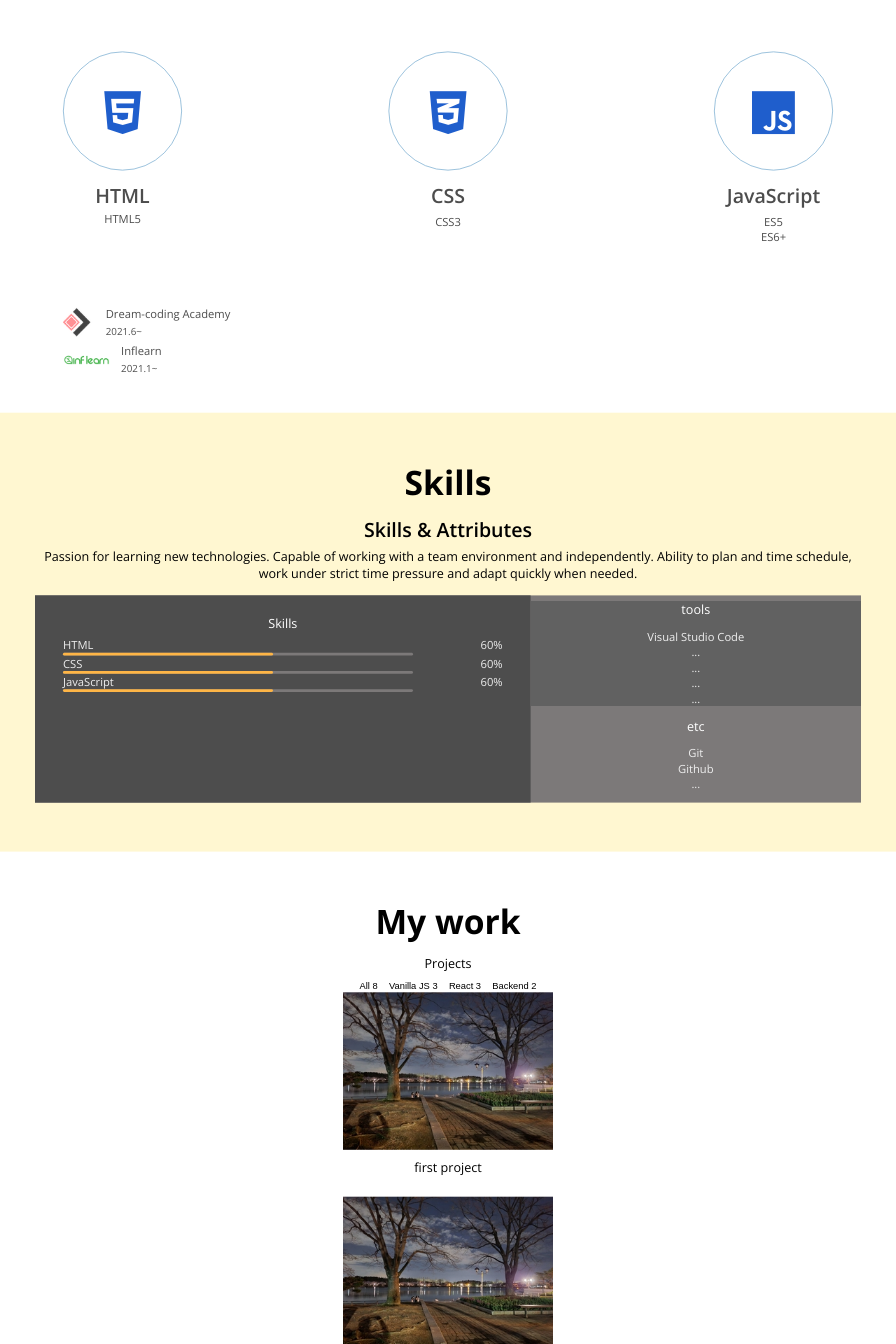
Repository: delphkim/portfolio
Page: index.html
An editor plug-in stored every save of this project. The page is shown before and after the next save, followed by the edit.
The browser window is 1280 px wide. The pictures show the part of the page from y = 961 to 2881 px (the page is 5959 px tall), at 70% of full size.
Some web libraries are served in a nearby version.

Above is the page before, as saved 2021-08-04 13:49:34.

After the next save:
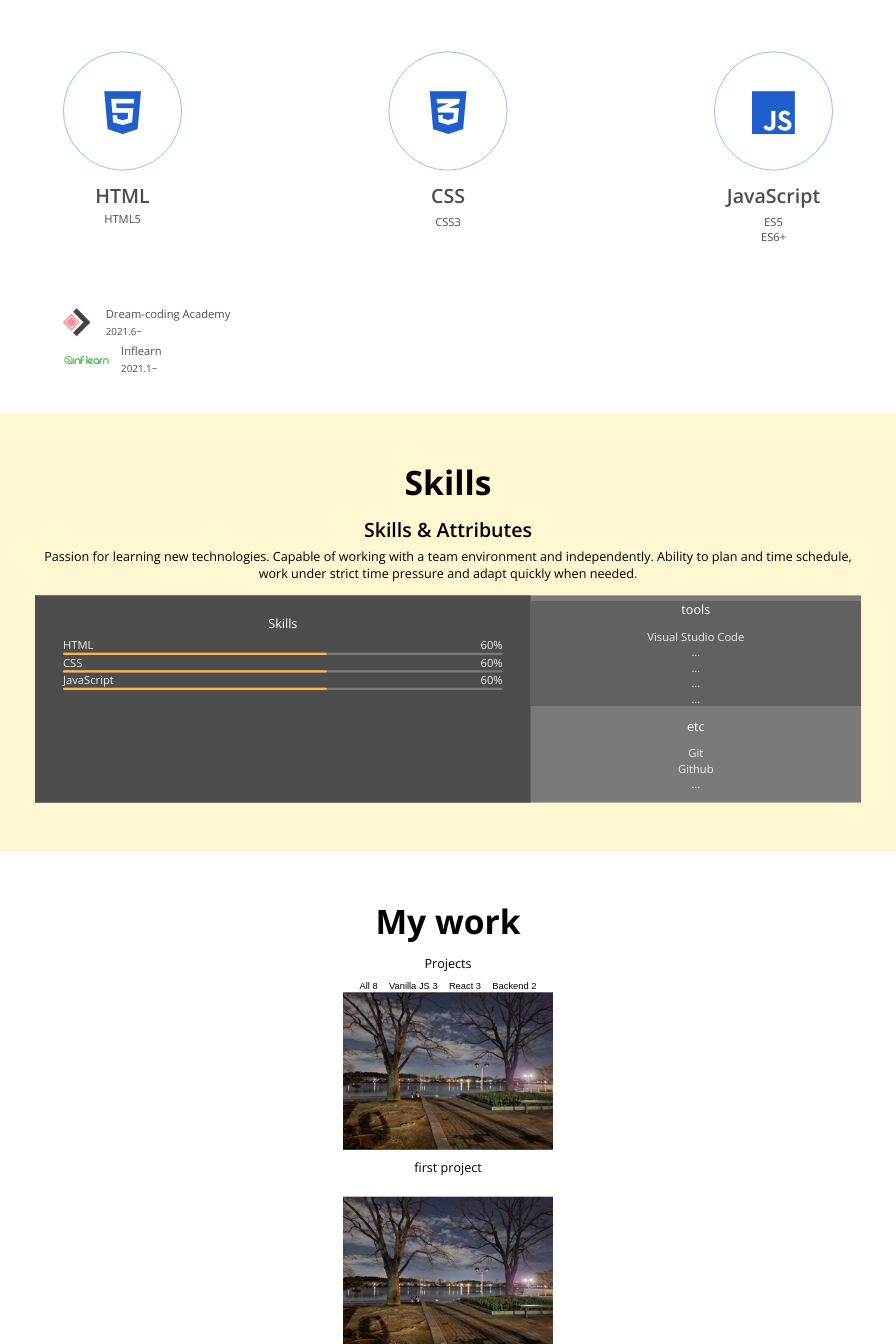
Saved 4 min 33 s later.
--- a/style.css
+++ b/style.css
@@ -220,8 +220,8 @@
   flex-basis: 40%;
 }
 .skill__bar {
-  width: 500px;
-  height: 4px;
+  width: 100%;
+  height: 3px;
   background-color: var(--color-light-grey);
   border-radius: var(--size-border-radius);
 }
